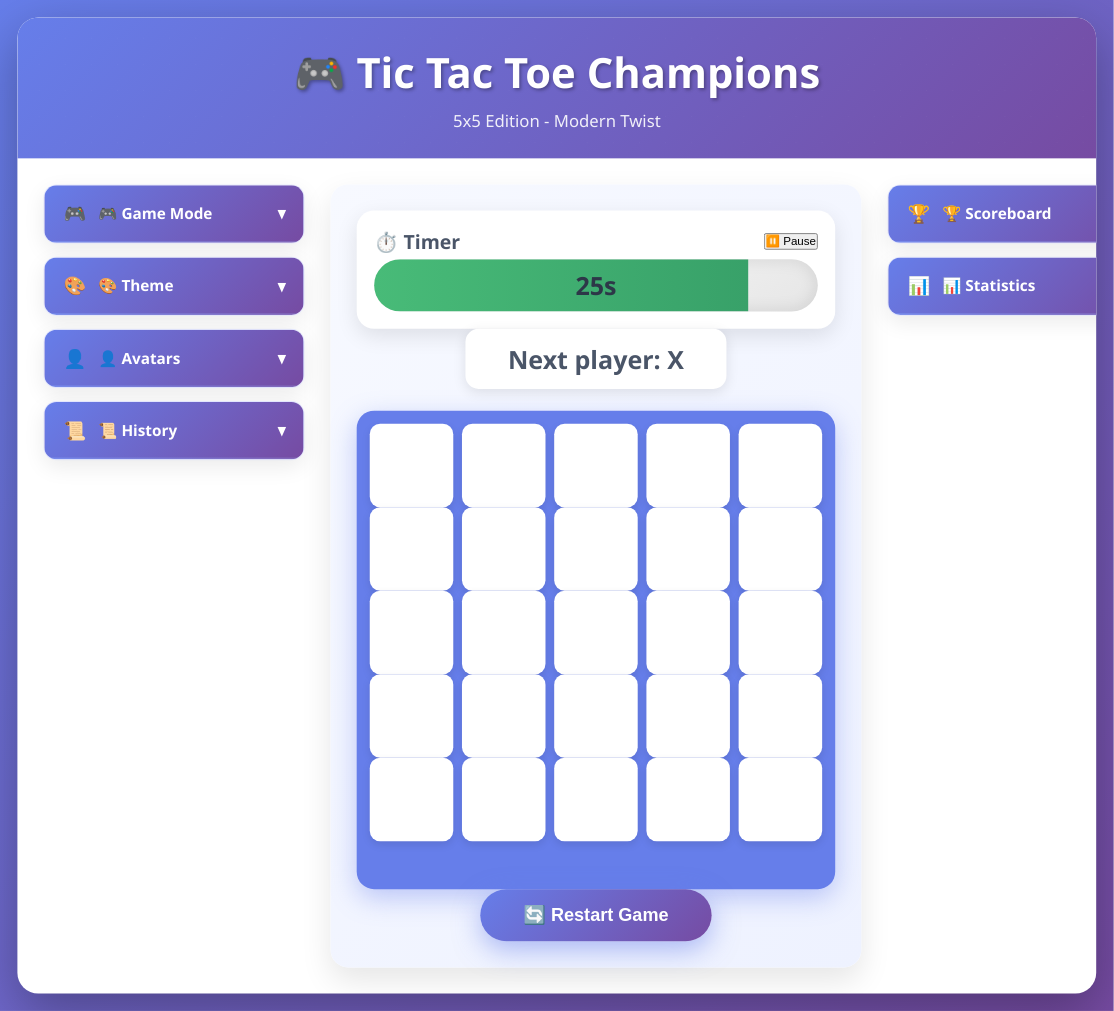
Repository: sofia123776/TIC-TAC-TOE
Page: /
An editor plug-in stored every save of this project. The page is shown before and after the next save, followed by the edit.
The browser window is 1280 px wide. The pictures show the whole page, at 87% of full size.
The project was rebuilt for these pictures with package versions that can differ from the ones it lists, and the page was loaded fresh each time. Also part of the build but not shown: vite.config.js.

Above is the page before, as saved 2025-12-09 17:51:32.

After the next save:
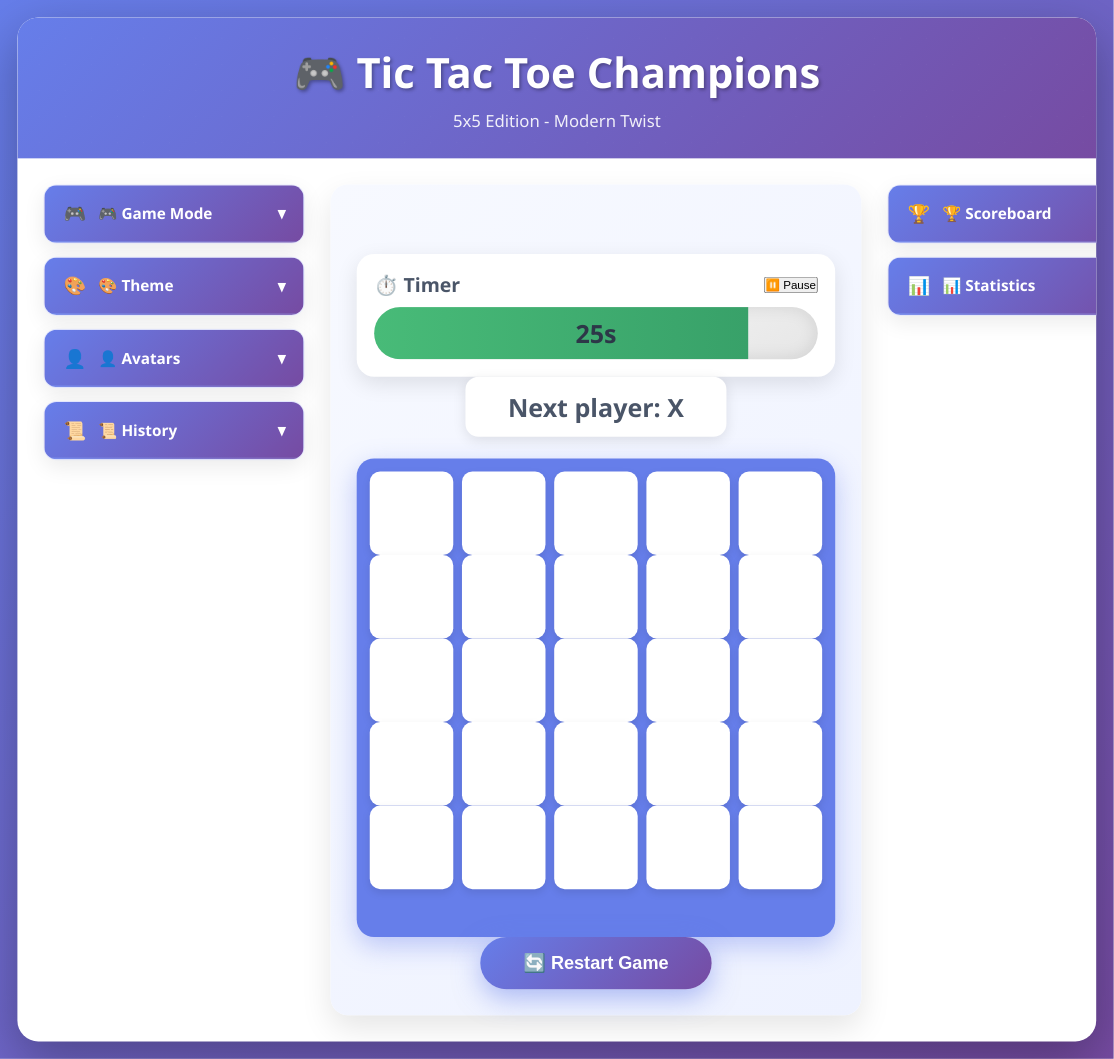
Saved 66 s later.
--- a/src/App.css
+++ b/src/App.css
@@ -393,13 +393,14 @@ body {
   box-shadow: 0 8px 25px rgba(0, 0, 0, 0.1);
   width: 100%;
   max-width: 700px;
+  margin-top: 50px;
 }
 
 .timer-header {
   display: flex;
   justify-content: space-between;
   align-items: center;
-  margin-bottom: 5px;
+  margin-bottom: 10px;
 }
 
 .timer-header h3 {
